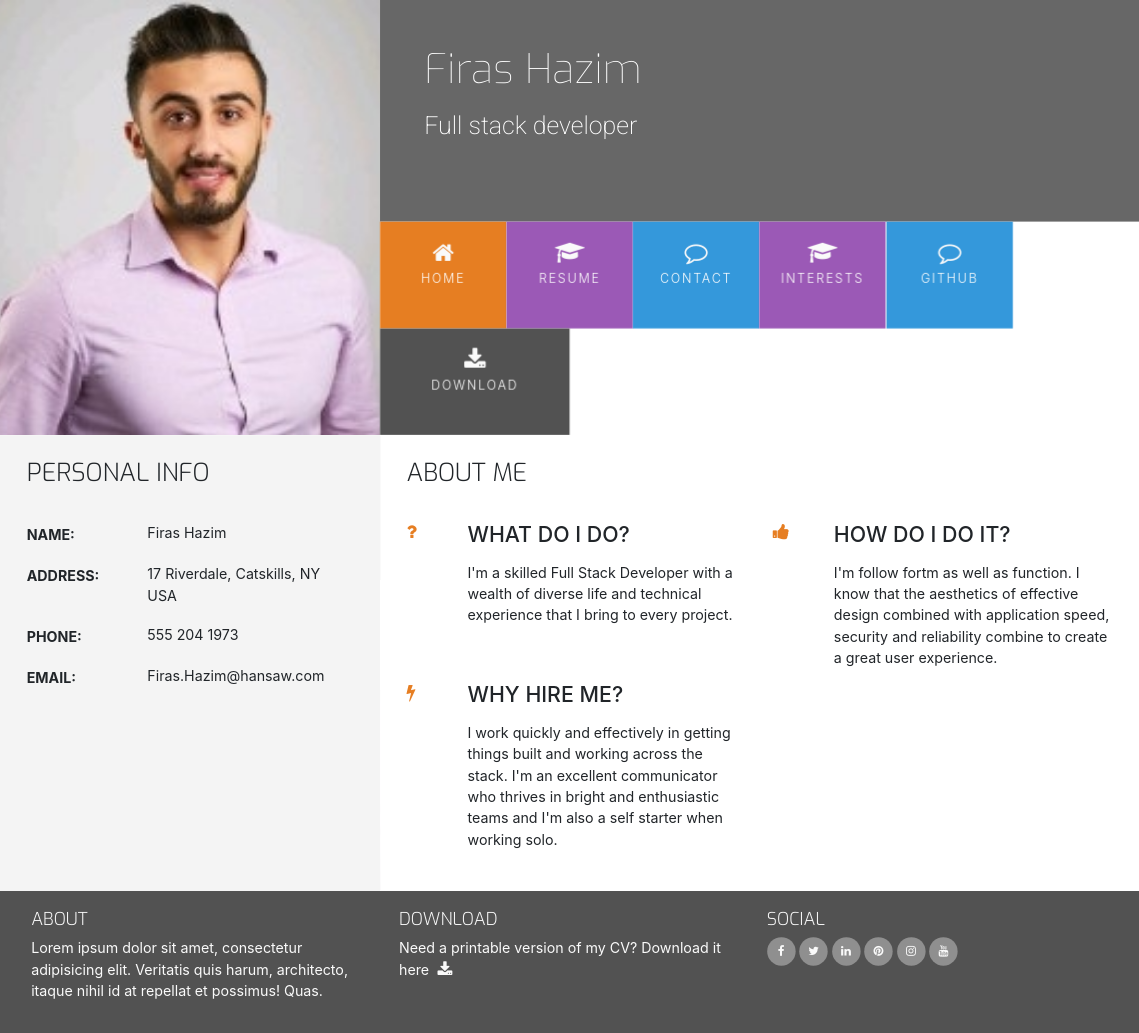
Repository: FirasH94/ResumeProject
Page: index.html
The author's editor kept a record of every edit. The page is drawn from the files as they stood at one moment, then again after the next edit.
The browser window is 1280 px wide. The pictures show the whole page, at 89% of full size.

Above is the page before.

### index.html
<!DOCTYPE html>
<html lang="en">
<head>
    <meta charset="UTF-8">
    <meta name="viewport" content="width=device-width, initial-scale=1.0">
    <meta http-equiv="X-UA-Compatible" content="ie=edge">
    <link rel="stylesheet" href="https://stackpath.bootstrapcdn.com/bootstrap/4.3.1/css/bootstrap.min.css" type="text/css" />
    <link rel="stylesheet" href="https://stackpath.bootstrapcdn.com/font-awesome/4.7.0/css/font-awesome.min.css" type="text/css" />
    <link rel="stylesheet" href="https://cdnjs.cloudflare.com/ajax/libs/hover.css/2.3.1/css/hover-min.css" type="text/css" />
    <link rel="stylesheet" href="assets/css/style.css" type="text/css" />
    <title>Firas</title>
</head>
<body>
    <header>
        <div class="row no-gutters">
            <a href="index.html" class="col-md-4 logo">

            </a>
            <div class="col-md-8">
                <div class="row bg-color-name-title no-gutters">
                    <div class="col heading">
                        <h1 class="name">Firas Hazim</h1>
                        <h2 class="title">Full stack developer</h2>
                    </div>
                </div>
                <div class="row no-gutters">
                    <div class="col">
                        <ul id="nav" class="list-inline menucontainer">
                            <li class="col-6 col-sm-2 ui-menu-color-home list-inline-item menuitem hvr-sweep-to-bottom">
                                <a href="index.html"><i class="fa fa-home" aria-hidden="true"></i><span>Home</span></a>
                            </li>
                            <li class="col-6 col-sm-2 ui-menu-color-resume list-inline-item menuitem hvr-sweep-to-bottom">
                                <a href="resume.html"><i class="fa fa-graduation-cap" aria-hidden="true"></i><span>Resume</span></a>
                            </li>
                            <li class="col-6 col-sm-2 ui-menu-color-contact list-inline-item menuitem hvr-sweep-to-bottom">
                                <a href="contact.html"><i class="fa fa-comment-o" aria-hidden="true"></i><span>Contact</span></a>
                            </li>
                            <li class="col-6 col-sm-2 ui-menu-color-resume list-inline-item menuitem hvr-sweep-to-bottom">
                                <a href="resume.html"><i class="fa fa-graduation-cap" aria-hidden="true"></i><span>Interests</span></a>
                            </li>
                            <li class="col-6 col-sm-2 ui-menu-color-contact list-inline-item menuitem hvr-sweep-to-bottom">
                                <a href="contact.html"><i class="fa fa-comment-o" aria-hidden="true"></i><span>Github</span></a>
                            </li>
                            <li class="col-6 col-sm-3 ui-menu-color-download list-inline-item menuitem hvr-sweep-to-bottom">
                                <a href="assets/cv/Firas Hazim's CV.pdf" target="_blank"><i class="fa fa-download" aria-hidden="true"></i><span>Download</span></a>
                            </li>
                        </ul>
                    </div>
                </div>
            </div>
        </div>
    </header>
    <section class="container-fluid">
        <div class="row">
            <div class="col-md-4 bg-color-personal-info section-column">
                <div class="row">
                    <div class="col-12">
                        <h3 class="section-heading uppercase">
                            Personal Info
                        </h3>
                    </div>
                </div>
                <div class="personal-info-item">
                    <div class="key">
                        <p class="uppercase">
                            Name:
                        </p>
                    </div>
                    <div class="value">
                        <p>
                            Firas Hazim
                        </p>
                    </div>
                </div>
                 <div class="personal-info-item">
                    <div class="key">
                        <p class="uppercase">
                            Address:
                        </p>
                    </div>
                    <div class="value">
                        <p>
                            17 Riverdale, Catskills, NY USA
                        </p>
                    </div>
                </div>
                 <div class="personal-info-item">
                    <div class="key">
                        <p class="uppercase">
                            Phone:
                        </p>
                    </div>
                    <div class="value">
                        <p>
                            555 204 1973
                        </p>
                    </div>
                </div>
                 <div class="personal-info-item">
                    <div class="key">
                        <p class="uppercase">
                            Email:
                        </p>
                    </div>
                    <div class="value">
                        <p>
                            Firas.Hazim@hansaw.com
                        </p>
                    </div>
                </div>
            </div>
            <div class="col-md-8 bg-color-three-reasons section-column">
                <div class="row">
                    <div class="col">
                        <h3 class="section-heading uppercase">About Me</h3>
                    </div>
                </div>
                <div class="row">
                    <div class="col-10 offset-1 offset-sm-0 col-sm-4 col-md-6">
                        <div class="row">
                            <div class="col-2">
                                <i class="three-reasons-icon fa fa-question" aria-hidden="true"></i>
                            </div>
                            <div class="col-10">
                                <h4 class="three-reasons-heading uppercase">What do I do?</h4>
                                <p>
                                    I'm a skilled Full Stack Developer with a wealth of diverse
                                    life and technical experience that I bring to every project.
                                </p>
                            </div>
                        </div>
                    </div>
                    <div class="col-10 offset-1 offset-sm-0 col-sm-4 col-md-6">
                        <div class="row">
                            <div class="col-2">
                                <i class="three-reasons-icon fa fa-thumbs-up" aria-hidden="true"></i>
                            </div>
                            <div class="col-10">
                                <h4 class="three-reasons-heading uppercase">How do I do it?</h4>
                                <p>
                                   I'm follow fortm as well as function. I know that the aesthetics of effective
                                   design combined with application speed, security and reliability combine to
                                   create a great user experience.
                                </p>
                            </div>
                        </div>
                    </div>
                     <div class="col-10 offset-1 offset-sm-0 col-sm-4 col-md-6">
                        <div class="row">
                            <div class="col-2">
                                <i class="three-reasons-icon fa fa-bolt" aria-hidden="true"></i>
                            </div>
                            <div class="col-10">
                                <h4 class="three-reasons-heading uppercase">Why hire me?</h4>
                                <p>
                                  I work quickly and effectively in getting things built and working across the stack. I'm an excellent
                                  communicator who thrives in bright and enthusiastic teams and
                                  I'm also a self starter when working solo.
                                </p>
                            </div>
                        </div>
                    </div>
                </div>
            </div>
        </div>

    </section>
    <footer class="container-fluid">
        <div id="footer-details" class="row">
            <div class="col-sm-4">
                <h5 class="uppercase general-sub">About</h5>
                <p class="inline-block">
                    Lorem ipsum dolor sit amet, consectetur adipisicing elit.
                    Veritatis quis harum, architecto, itaque nihil id at repellat et possimus! Quas.
                </p>
            </div>
            <div class="col-sm-4">
                <h5 class="uppercase general-sub">Download</h5>
                <p class="inline-block">
                    Need a printable version of my CV? Download it here
                    <a href="assets/cv/Firas Hazim's CV.pdf" target="_blank" class="cv-pdf">
                        <i class="fa fa-download" aria-hidden="true"></i>
                        <span class="sr-only">Download link.</span>
                    </a>
                </p>
            </div>
            <div class="col-sm-4">
                <h5 class="uppercase general-sub">Social</h5>
                <ul class="list-inline social-links">
                    <li class="list-inline-item">
                        <a target="_blank" href="#">
                            <i class="fa fa-facebook" aria-hidden="true"></i>
                            <span class="sr-only">Facebook</span>
                        </a>
                    </li>
                                        <li class="list-inline-item">
                        <a target="_blank" href="#">
                            <i class="fa fa-twitter" aria-hidden="true"></i>
                            <span class="sr-only">Twitter</span>
                        </a>
                    </li>
                    <li class="list-inline-item">
                        <a target="_blank" href="#">
                            <i class="fa fa-linkedin" aria-hidden="true"></i>
                            <span class="sr-only">LinkedIn</span>
                        </a>
                    </li>
                    <li class="list-inline-item">
                        <a target="_blank" href="#">
                            <i class="fa fa-pinterest" aria-hidden="true"></i>
                            <span class="sr-only">Pinterest</span>
                        </a>
                    </li>
                    <li class="list-inline-item">
                        <a target="_blank" href="#">
                            <i class="fa fa-instagram" aria-hidden="true"></i>
                            <span class="sr-only">Instagram</span>
                        </a>
                    </li>
                    <li class="list-inline-item">
                        <a target="_blank" href="#">
                            <i class="fa fa-youtube" aria-hidden="true"></i>
                            <span class="sr-only">Youtube</span>
                        </a>
                    </li>
                </ul>
            </div>
        </div>

    </footer>
</body>
</html>

### assets/css/style.css
@import url('https://fonts.googleapis.com/css?family=Roboto:100,200,300,400,500,600,700|Exo:100,200,300,400,500,600,700');

.bg-color-name-title{
background-color:#676767;
}

.bg-color-three-reasons {
    background-color: #fff;
}

.bg-color-personal-info {

background-color: #f4f4f4;
}

.bg-color-work-history {
background-color: #9b59b6;
}

.ui-menu-color-home {
    background-color: #e67e22;
}

.ui-menu-color-resume {
    background-color: #9b59b6;
}

.ui-menu-color-contact {
    background-color: #3498db;
}

.ui-menu-color-download {
    background-color: #525252;
}

/* --------------------------------------Special paddings/margins/text */

h1,h2,h3,h4 {
    margin: 0;
}

.uppercase {
    text-transform: uppercase;
}

.general-sub {
    font-family: "Exo" , sans-serif;
    font-weight: 300;
    color: #fafafa;
}

.inline-block {
    display: inline-block;
}

.row-table {
    display: table;
}

.section-column {
    display: table-cell;
    padding: 0 30px 30px;
    float: none;
}

.history-heading,
.section-heading {
    font-family: "Exo", sans-serif;
    font-weight: 300;
    margin-top: 25px;
    margin-bottom: 40px;
}

/* --------------------------------------Heading */

header {
    margin:0;
}

.heading {
     margin-left: 50px;
}

.logo {
background: url("../images/profile_pic.jpg");
background-position: center;
background-repeat: no-repeat;
background-size: cover;
min-height: 360px;
transition: all .5s ease-in-out;
-moz-transition: all .5s ease-in-out;
-webkit-transition: all .5s ease-in-out;
}


.name {
    font-family: "Exo", sans-serif;
    font-weight: 100;
    font-size: 46px;
    margin-top: 50px;
    color: #fff;
}

.title {
    font-family: "Roboto", sans-serif;
    font-weight: 200;
    font-size: 28px;
    margin-top: 20px;
    margin-bottom: 90px;
    color: #fff;
}

.list-inline-item:not(:last-child){
    margin: 0;
}

.menucontainer {
    font-size: 0;
}

#nav {
    margin: 0;
}

#nav li {
    font-size: 14px;
    padding: 0;
}

.menuitem {
    height: 120px;
    text-align: center;
    padding: 0;
}

.menuitem a {
    width: 100%;
    text-decoration: none;
    color: #fff;
    height: 120px;
}

.menuitem a i {
    padding-top: 22px;
    display: block;
    color: #fafafa;
    font-size: 26px;
}

.menuitem span {
    display: block;
    width: 100%;
    padding-top: 5px;
    text-align: center;
    text-transform: uppercase;
    font-size: 14px;
    font-weight: 300;
    letter-spacing: 2px;
}

/* --------------------------Hover.css */

.hvr-sweep-to-bottom:before {
    background-color: rgba(0, 0, 0, 0.2);
    height: 120px;
}

/* --------------------------------------Footer */

footer {
    background-color: #525252;
    color: #fafafa;
    min-height: 120px;
    margin: 0;
}


.cv-pdf i {
    font-size: 18px;
    color: #fafafa;
    text-align: center;
    padding-left: 5px;
    transition: all 0.35s ease-in-out;
    -moz-transition: all 0.35s ease-in-out;
    -webkit-transition: all 0.35s ease-in-out;
    -o-transition: all 0.35s ease-in-out;
}

.cv-pdf i:hover {
    color: #e84610;
}

.social-links {
    padding-bottom: 15px;
}

.social-links li a i {
    width: 32px;
    height: 32px;
    padding: 12px 0;
    border-radius: 50%;
    font-size: 13px;
    line-height: 7px;
    text-align: center;
    color: #fafafa;
    background: #8f8f8f;
    transition: all 0.35s ease-in-out;
    -moz-transition: all 0.35s ease-in-out;
    -webkit-transition: all 0.35s ease-in-out;
    -o-transition: all 0.35s ease-in-out;
}

.social-links li a i:hover {
    background:#e84610;
}

#footer-details {
    padding: 20px;
}

/* --------------------------------------Three reasons */

.three-reasons-icon {
    font-size: 20px;
    color: #e67e22;
}

.three-reasons-heading {
    margin-bottom: 15px;
}

/* --------------------------------------Personal Info */

.personal-info-item {
    margin-bottom: 20px;
    display: block;
    clear: both;
}

.personal-info-item .key,
.personal-info-item .value {
    padding-right: 8px;
    display: inline-block;
}

.personal-info-item .key p,
.personal-info-item .value p {
    margin: 0;
}

.personal-info-item .key {
    width: 30%;
    margin-right: 21px;
    padding-top: 2px;
    vertical-align: top;
}

.personal-info-item .key p {
    font-weight: 700;
}

.personal-info-item .value {
    position: relative;
    width: 60%;
}

/* --------------------------------------Skills */

.progress{
position:relative;
height: 25px;
margin-bottom: 4px;

}

.progress-type {
    position: absolute;
    left: 0;
    font-weight: 400;
    padding: 3px 30px 2px 10px;
    color: #fafafa;
    background-color: rgba(25, 25, 25, 0.2);
}

.progress-section {
    margin: 40px 20px;
}

/* --------------------------------------Work History */

.history-heading {
    color: #fafafa;
    margin-bottom: 50px;
}

.timeline-item {
    padding: 4em 2em 0em 2em;
    position: relative;
    color: #fafafa;
    border-left: 1px solid;
}

.timeline-item p {
    padding: 0;
    margin: 0;
}

.timeline-item:before {
    content: attr(data-dates);
    position: absolute;
    left: 2.5em;
    top: 3em;
    display: block;
    font-family: "Exo" , sans-serif;
    font-weight: 500;
    font-size:  0.8em;
    padding: 0;
    margin: 0;
}

.timeline-item:after {
    width: 12px;
    height: 12px;
    display: block;
    top: 2.4em;
    position: absolute;
    left: -6px;
    border-radius: 12px;
    content: '';
    background: #fafafa;
}

.history-items {
    margin-bottom: 30px;
}

After the next edit:
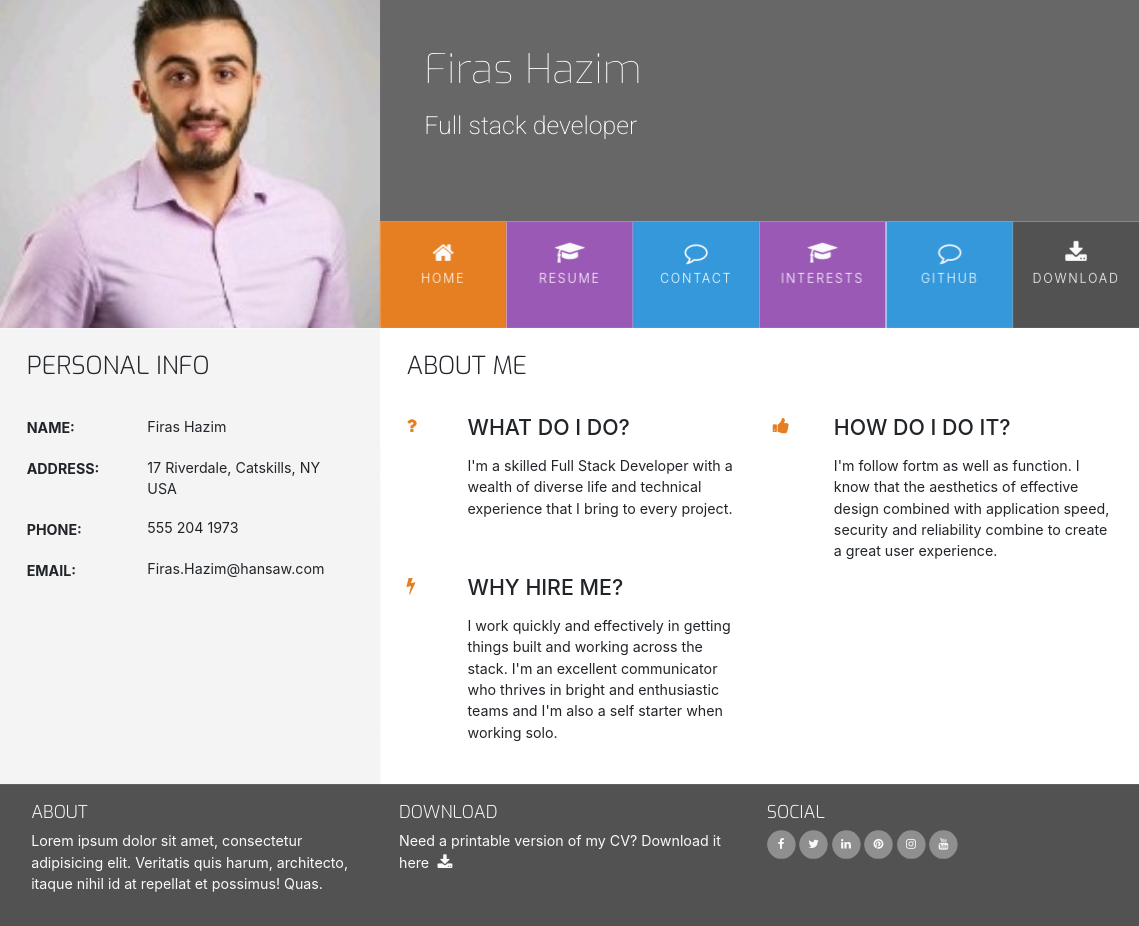
The edit:
--- a/index.html
+++ b/index.html
@@ -41,7 +41,7 @@
                             <li class="col-6 col-sm-2 ui-menu-color-contact list-inline-item menuitem hvr-sweep-to-bottom">
                                 <a href="contact.html"><i class="fa fa-comment-o" aria-hidden="true"></i><span>Github</span></a>
                             </li>
-                            <li class="col-6 col-sm-3 ui-menu-color-download list-inline-item menuitem hvr-sweep-to-bottom">
+                            <li class="col-6 col-sm-2 ui-menu-color-download list-inline-item menuitem hvr-sweep-to-bottom">
                                 <a href="assets/cv/Firas Hazim's CV.pdf" target="_blank"><i class="fa fa-download" aria-hidden="true"></i><span>Download</span></a>
                             </li>
                         </ul>
